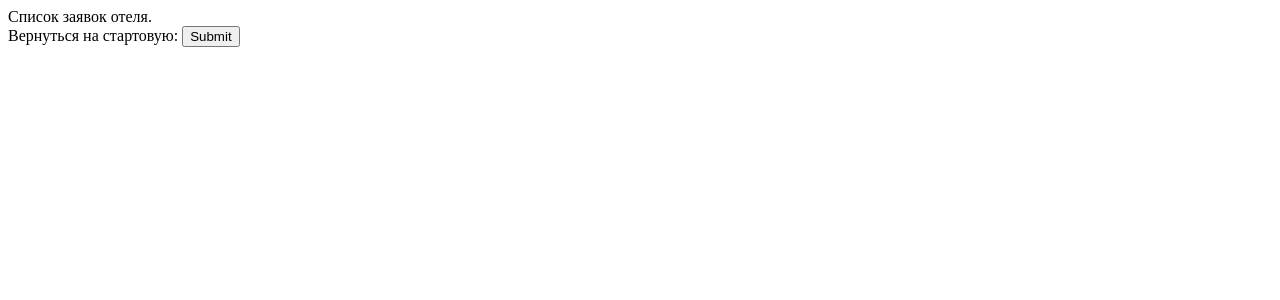
Repository: milosh-alexandr-by/ItAcademyJavaDeveloper
Page: http://localhost/HotelRequestSystem/ClientRequest.jsp
These files come from the project's save history. The page is drawn as it stood at one moment and after the next save; the edit follows.
The browser window is 1280 px wide. The pictures show the whole page.
The page is served by Tomcat 9. Queries for data that is not in the repository find no rows.

Above is the page before, as saved 2015-12-10 20:58:09.

After the next save:
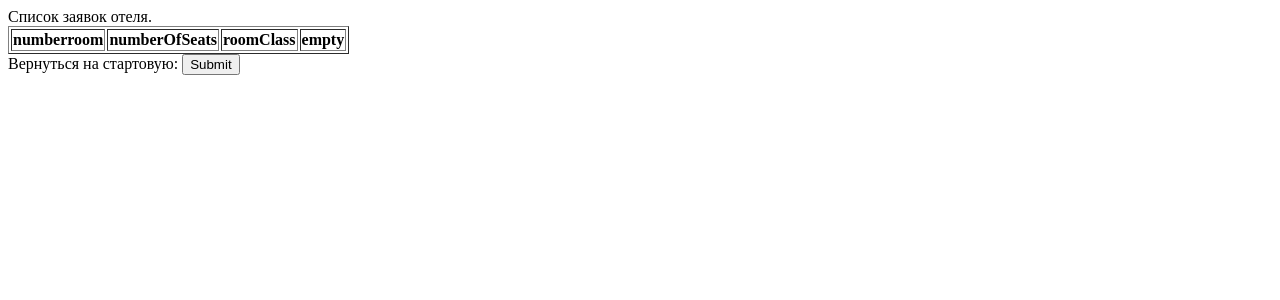
Saved 7 min 45 s later.
--- a/Project_WEB/HotelRequestSystem/WebContent/ClientRequest.jsp
+++ b/Project_WEB/HotelRequestSystem/WebContent/ClientRequest.jsp
@@ -1,4 +1,4 @@
-<%@ page language="java" contentType="text/html; charset=UTF-8"
+<%@ page import="java.sql.*" language="java" contentType="text/html; charset=UTF-8"
     pageEncoding="UTF-8"%>
 <!DOCTYPE html PUBLIC "-//W3C//DTD HTML 4.01 Transitional//EN" "http://www.w3.org/TR/html4/loose.dtd">
 <html>
@@ -10,6 +10,30 @@
 
 	Список заявок отеля.
 
+		<%
+		Class.forName("com.mysql.jdbc.Driver");
+		Connection con = DriverManager.getConnection("jdbc:mysql://localhost:3306/hotelrequestsystem", "root", "root");
+		Statement stmt = con.createStatement();
+		ResultSet rs = stmt.executeQuery("select * from room") ;
+	%>
+
+	<TABLE BORDER="1">
+		<TR>
+			<TH>numberroom</TH>
+			<TH>numberOfSeats</TH>
+			<TH>roomClass</TH>
+			<TH>empty</TH>
+		</TR>
+		<% while(rs.next()) { %>
+		<TR>
+			<TD><%= rs.getString(1) %></TD>
+			<TD><%= rs.getString(2) %></TD>
+			<TD><%= rs.getString(3) %></TD>
+			<TD><%= rs.getString(4) %></TD>
+		</TR>
+		<% } %>
+	</TABLE>
+
 	<form action="Administrator.jsp" method="GET">
 		Вернуться на стартовую: <input type="submit" name="ReturnToMainPage" value="Submit">
 	</form>
